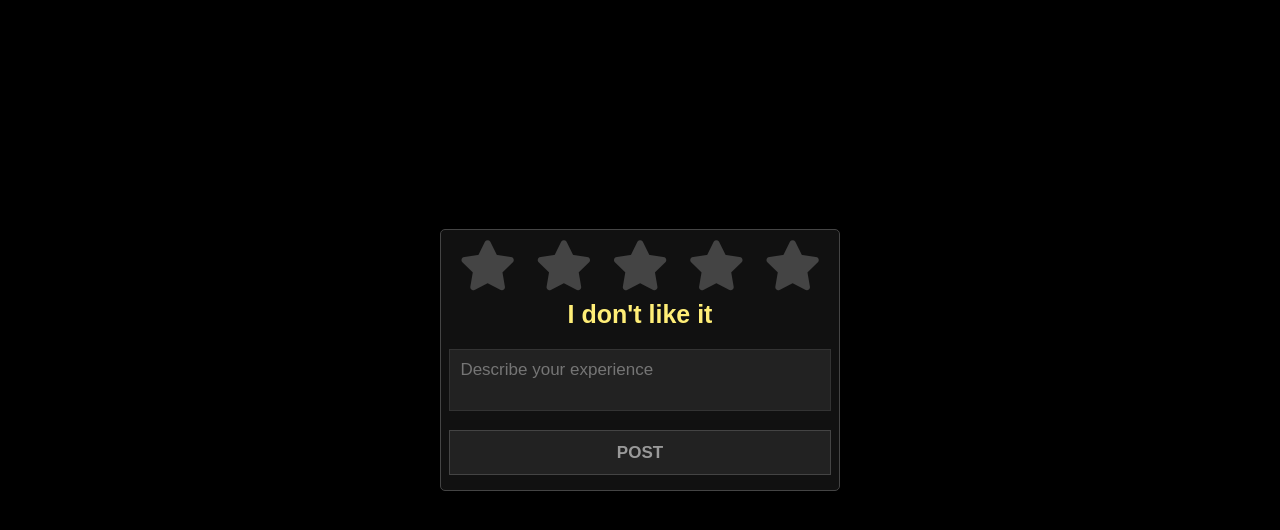
Repository: Suryansh-D/Star-Ratings
Page: index.html
The author's editor kept a copy of each file at every save. The page is drawn from the files as they stood at one save, then again after the next save.
The browser window is 1280 px wide. The pictures show the whole page.

Above is the page before, as saved 2024-02-03 10:09:37.

### index.html
<!DOCTYPE html>
<html lang="en">
<head>
    <meta charset="UTF-8">
    <meta name="viewport" content="width=device-width, initial-scale=1.0">
    <title>Document</title>
</head>
<link rel="stylesheet" href="style.css">
<link rel="stylesheet" href="https://cdnjs.cloudflare.com/ajax/libs/font-awesome/5.15.3/css/all.min.css">
<body>
    <div class="container">
        <div class="stars">
            <input type="radio" name="rate" id="rate-5">
            <label for="rate-5" class="fas fa-star"></label>
            <input type="radio" name="rate" id="rate-4">
            <label for="rate-4" class="fas fa-star"></label>
            <input type="radio" name="rate" id="rate-3">
            <label for="rate-3" class="fas fa-star"></label>
            <input type="radio" name="rate" id="rate-2">
            <label for="rate-2" class="fas fa-star"></label>
            <input type="radio" name="rate" id="rate-1">
            <label for="rate-1" class="fas fa-star"></label>
            <form action="#">
                <header>I don't like it</header>
                <div class="textarea">
                <textarea cols="30" placeholder="Describe your experience"></textarea>
                </div>
                    <div class="btn">
                        <button type="submit">Post</button>
                        </div>
                 </form>
        </div>
    </div>
    <script></script>
</body>
</html>

### style.css
@import url('https://fonts.googleapis.com/css?family=Roboto:400,700');
* {
  margin: 0;
  padding: 0;
  box-sizing: border-box;
  font-family:'Poppins', sans-serif;
}
html, body {
  height: 100%;
  background-color: #000;
  place-items: center;
  display: grid;
  text-align: center;
}

.container {
  width: 400px;
  background: #111;
    padding: 20px , 30px;
    border: 1px solid #444;
    border-radius: 5px;
    display: flex;
    flex-direction: column;
    align-items: center;
    justify-content: center;
}
.container .stars input{
    display: none;
}
.stars label{
    font-size: 50px;
    color: #444;
    cursor: pointer;
    transition: all 0.2s ease;
    float: right;
    padding: 10px;

}
.stars input:not(:checked) ~ label:hover ,
.stars input:not(:checked) ~ label:hover ~ label{
    color: #ffcc00;
}
.stars input:checked ~ label{
    color: #ffcc00;
}
input#rate-5:checked ~ label#rate-5 ~ label#rate-4 ~ label#rate-3 ~ label#rate-2 ~ label#rate-1{
    color: #fe7;
    text-shadow: 0 0 20px #952;
}

input#rate-1 ~ header:before{
    content: "I don't like it";

}
form header{
    width:100%;
    font-size: 25px;
    color: #fe7;
    font-weight: 700;
    margin: 5px 0 20px 0;
    text-align: center;
    transition: all 0.2s ease;
}

form .textarea{
    width: 100%;
   height: 100%;
   overflow: hidden;
}
form .textarea textarea{
    height: 100%;
    width:100%;
    outline: none;
    color: #fff;
    border: 1px solid #333;
    background: #222;
    padding: 10px;
    font-size: 17px;
    resize: none;
}
form .btn{
  height: 45px;
  width: 100%;
  margin: 15px 0;
}
form .btn button{
    width: 100%;
    height: 100%;
    border: 1px solid #444;
    outline: none;
    background: #222;
    color: #999;
    font-size: 20px;
    font-weight: 700;
    cursor: pointer;
    transition: all 0.2s ease;
    font-size: 17px;
    text-transform: uppercase;
}
form .btn button:hover{
    background: #1b1b1b;
    color: #fff;
}

After the next save:
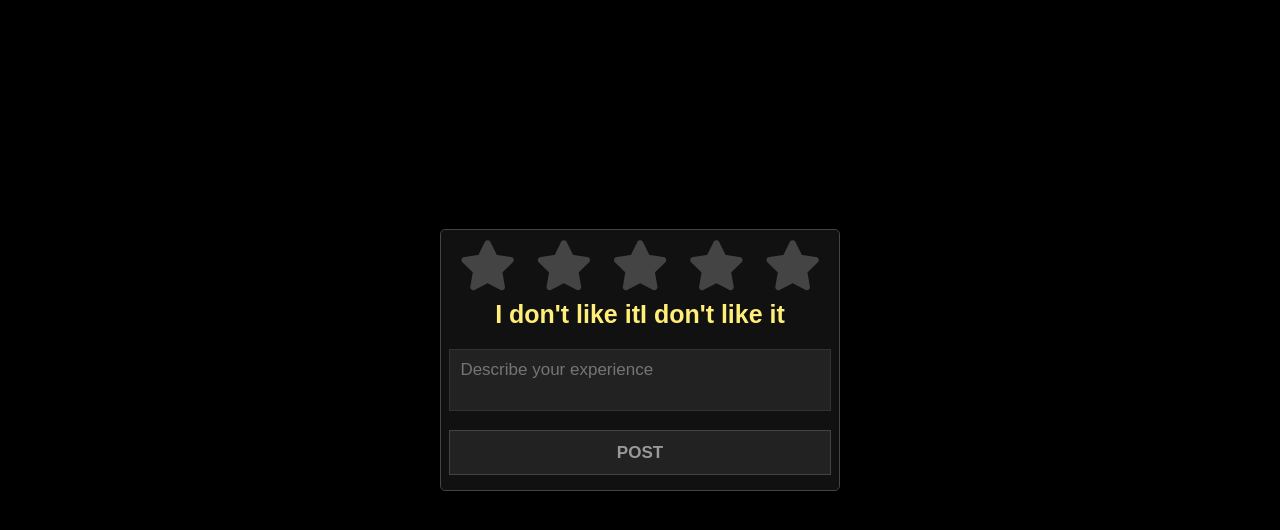
Saved 23 s later.
--- a/style.css
+++ b/style.css
@@ -48,7 +48,7 @@
     text-shadow: 0 0 20px #952;
 }
 
-input#rate-1 ~ header:before{
+input#rate-1 ~ form header:before{
     content: "I don't like it";
 
 }

After the 4 saves that followed:
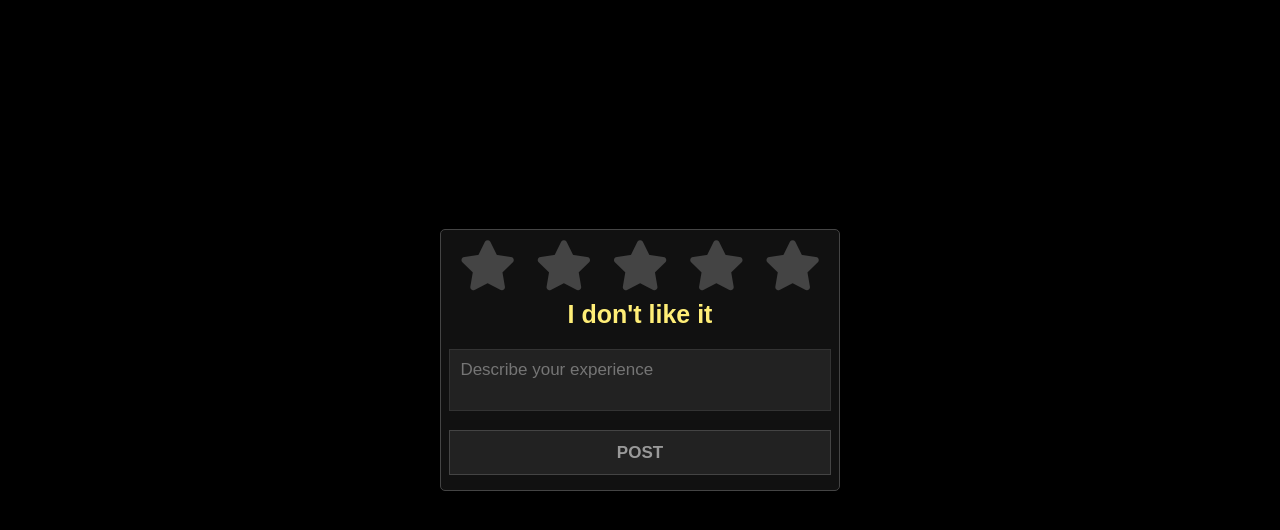
The 4 saves are shown as one change because they came seconds apart.
The last was saved 42 s later.
--- a/style.css
+++ b/style.css
@@ -43,10 +43,7 @@
 .stars input:checked ~ label{
     color: #ffcc00;
 }
-input#rate-5:checked ~ label#rate-5 ~ label#rate-4 ~ label#rate-3 ~ label#rate-2 ~ label#rate-1{
-    color: #fe7;
-    text-shadow: 0 0 20px #952;
-}
+input#rate-5:checked ~ form header:before
 
 input#rate-1 ~ form header:before{
     content: "I don't like it";
